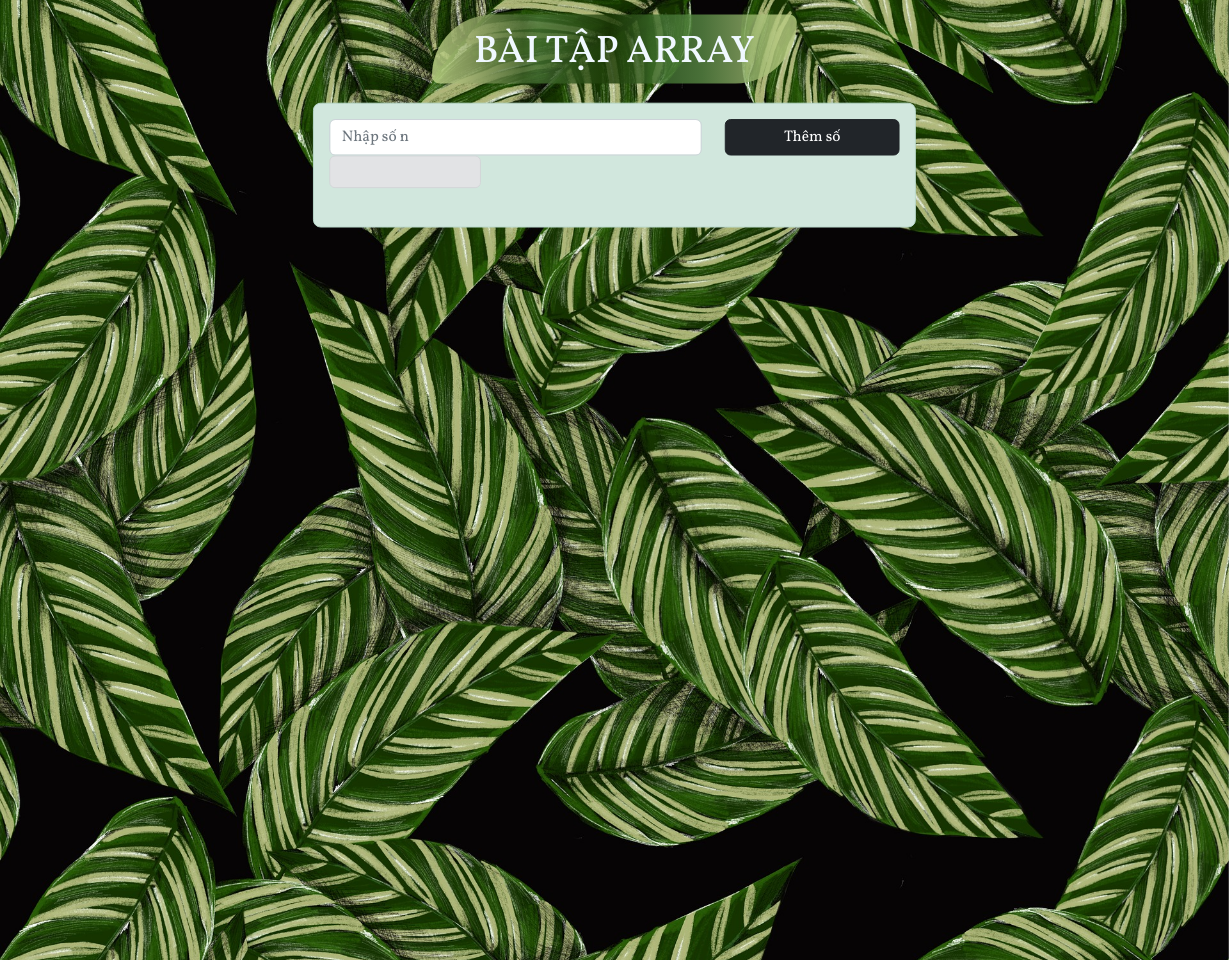
Repository: hcozyph/TranHuuPhuoc_BC43_BT_JS_Buoi7_8_ARRAY
Page: index.html
The author's editor kept a copy of each file at every save. The page is drawn from the files as they stood at one save, then again after the next save.
The browser window is 1280 px wide. The pictures show the whole page, at 96% of full size.

Above is the page before, as saved 2023-02-20 22:31:40.

### index.html
<!DOCTYPE html>
<html lang="en">
    <head>
        <title>BT Array</title>
        <!-- Required meta tags -->
        <meta charset="utf-8" />
        <meta
            name="viewport"
            content="width=device-width, initial-scale=1, shrink-to-fit=no"
        />
        <!-- font -->
        <link rel="preconnect" href="https://fonts.googleapis.com" />
        <link rel="preconnect" href="https://fonts.gstatic.com" crossorigin />
        <link
            href="https://fonts.googleapis.com/css2?family=Fraunces:ital,opsz,wght@0,9..144,600;0,9..144,700;1,9..144,300;1,9..144,400;1,9..144,500;1,9..144,600;1,9..144,700;1,9..144,800&family=Vollkorn:ital,wght@0,400;0,500;0,600;0,700;0,800;0,900;1,400;1,500;1,600;1,700;1,800;1,900&display=swap"
            rel="stylesheet"
        />
        <!-- Bootstrap CSS v5.2.1 -->
        <link
            href="https://cdn.jsdelivr.net/npm/bootstrap@5.2.1/dist/css/bootstrap.min.css"
            rel="stylesheet"
            integrity="sha384-iYQeCzEYFbKjA/T2uDLTpkwGzCiq6soy8tYaI1GyVh/UjpbCx/TYkiZhlZB6+fzT"
            crossorigin="anonymous"
        />

        <!-- index.css -->
        <link rel="stylesheet" href="./css/index.css" />
    </head>

    <body>
        <div class="container">
            <div class="bt-array-top">
                <div class="bt-array-title pt-2">
                    <h1 class="text-center p-2">BÀI TẬP ARRAY</h1>
                </div>

                <div
                    class="alert alert-success w-50 text-center d-block rounded-3"
                    style="margin: 20px auto"
                >
                    <div class="row row-cols-3 mb-2">
                        <div class="col-8">
                            <input
                                id="user-input"
                                type="number"
                                class="form-control"
                                placeholder="Nhập số n"
                                style="height: 100%"
                            />
                        </div>
                        <div class="col">
                            <button
                                id="user-btn"
                                class="btn btn-dark"
                                style="height: 100%; width: 100%"
                            >
                                Thêm số
                            </button>
                        </div>
                        <div class="row">
                            <div class="col">
                                <div class="alert alert-secondary"></div>
                            </div>
                        </div>
                    </div>
                </div>
            </div>

            <div class="bt-array-content">
                <div class=""></div>
                <div class="bt1"></div>
            </div>
        </div>

        <!-- Bootstrap JavaScript Libraries -->
        <script
            src="https://cdn.jsdelivr.net/npm/@popperjs/core@2.11.6/dist/umd/popper.min.js"
            integrity="sha384-oBqDVmMz9ATKxIep9tiCxS/Z9fNfEXiDAYTujMAeBAsjFuCZSmKbSSUnQlmh/jp3"
            crossorigin="anonymous"
        ></script>

        <script
            src="https://cdn.jsdelivr.net/npm/bootstrap@5.2.1/dist/js/bootstrap.min.js"
            integrity="sha384-7VPbUDkoPSGFnVtYi0QogXtr74QeVeeIs99Qfg5YCF+TidwNdjvaKZX19NZ/e6oz"
            crossorigin="anonymous"
        ></script>

        <!-- method.js -->
        <link rel="stylesheet" href="./js/method.js" />

        <!-- index.js -->
        <script src="./js/index.js"></script>
    </body>
</html>

### css/index.css
* {
    margin: 0;
    padding: 0;
    box-sizing: border-box;
    font-family: "Fraunces", serif;
    font-family: "Vollkorn", serif;
}

.container {
    margin: 0 auto;
    max-width: 1440px;

    background-image: url(../img/2.jpg);
    background-size: cover;
    background-position: center;
    background-repeat: no-repeat;

    height: 1000px;
    padding-top: 15px;
}

.bt-array-title {
    display: block;
    width: 380px;
    margin: 0 auto;
    border-radius: 80px 10px 80px 10px;

    font-size: 40px;
    font-weight: 700;
    /* background-color: red; */
    color: aliceblue;
    background: rgb(156, 173, 110);
    background: linear-gradient(
        90deg,
        rgba(198, 219, 142, 0.8) 0%,
        rgba(156, 173, 110, 0.8) 10%,
        rgba(60, 94, 39, 0.8) 25%,
        rgba(68, 112, 49, 0.8) 29%,
        rgba(27, 57, 5, 0.8) 49%,
        rgba(66, 114, 50, 0.8) 63%,
        rgba(90, 139, 69, 0.8) 74%,
        rgba(184, 203, 130, 0.8) 95%
    );
}

/* .bt-array-content {
} */

Loaded but not shown: js/index.js (no copy from this time; the picture is the same without it); js/method.js (no stored copy; drawn as an empty file)

After the next save:
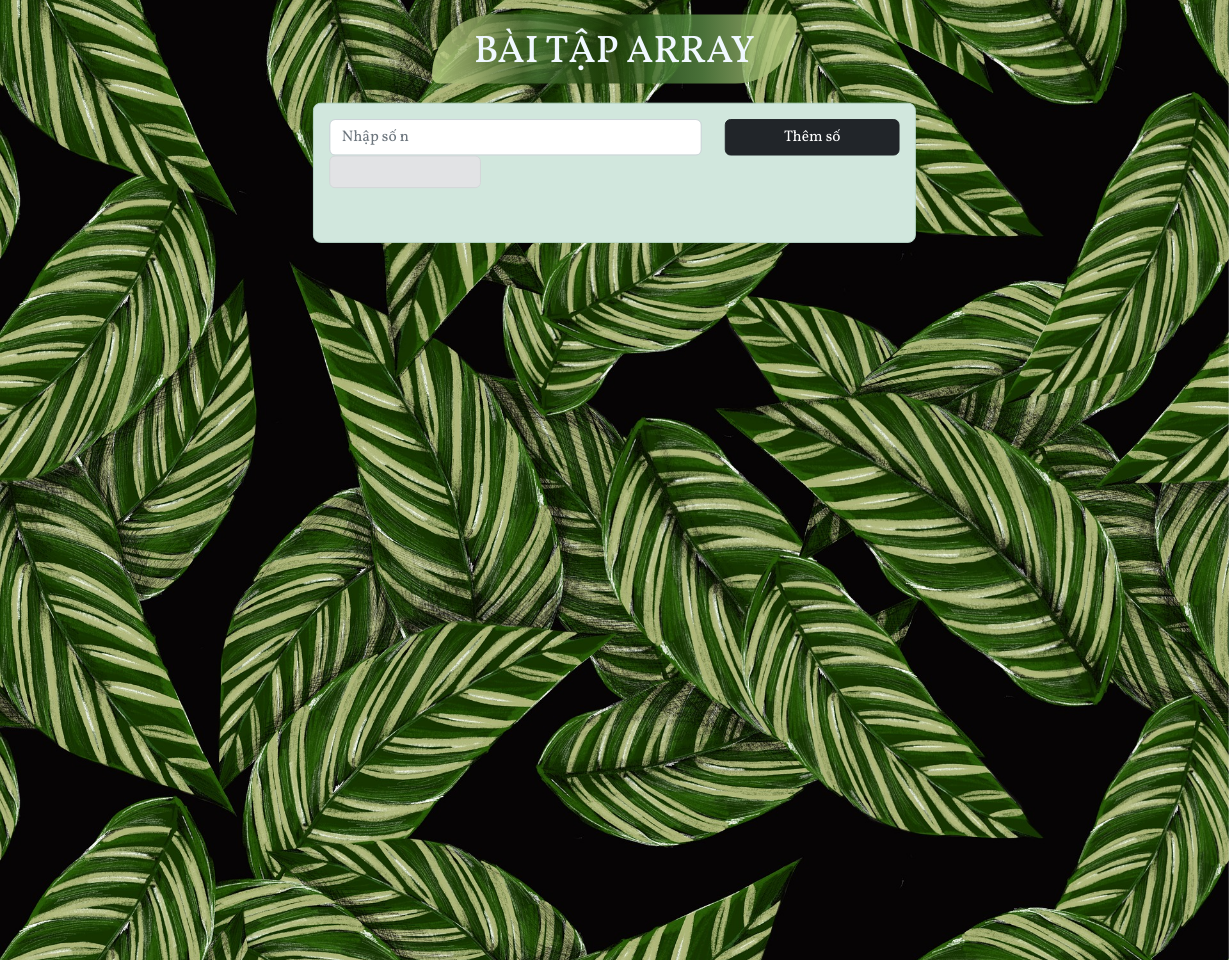
Saved 11 s later.
--- a/index.html
+++ b/index.html
@@ -38,7 +38,7 @@
                     class="alert alert-success w-50 text-center d-block rounded-3"
                     style="margin: 20px auto"
                 >
-                    <div class="row row-cols-3 mb-2">
+                    <div class="row row-cols-3 mb-4">
                         <div class="col-8">
                             <input
                                 id="user-input"
